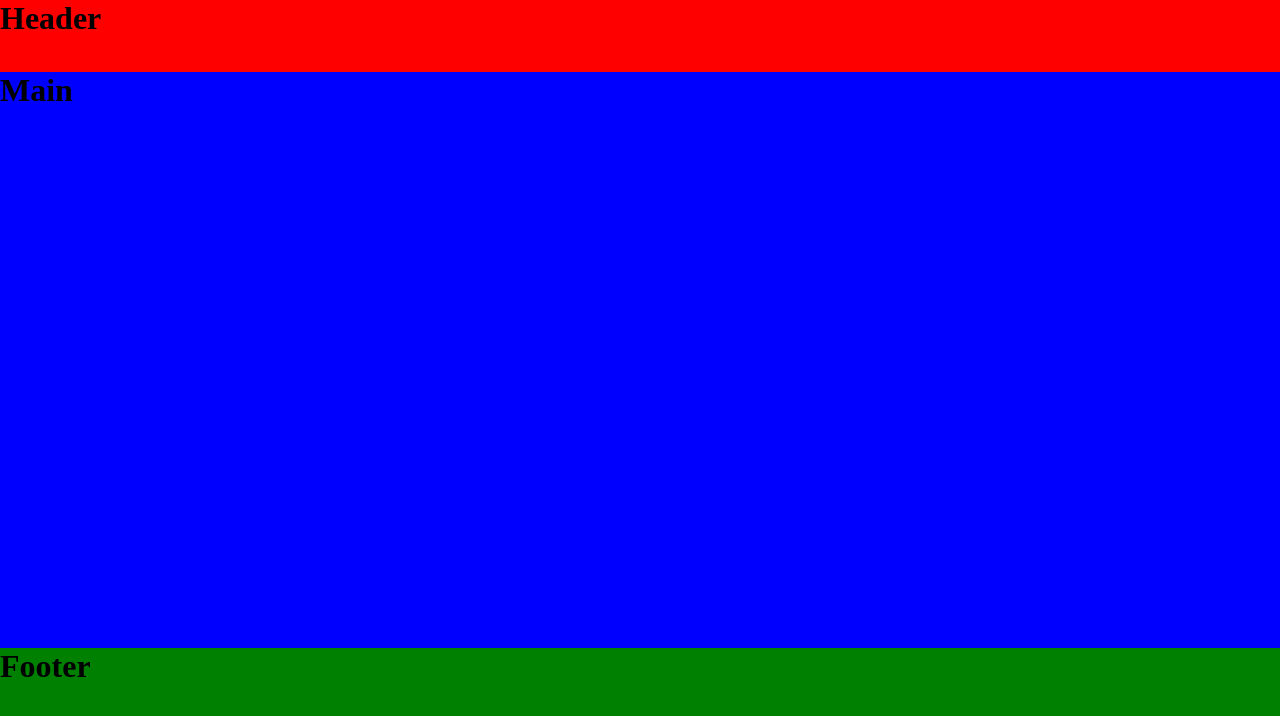
Repository: jameswilky/chess
Page: index.html
These files come from the project's save history. The page is drawn as it stood at one moment and after the next save; the edit follows.
The browser window is 1280 px wide. The pictures show the whole page.

Above is the page before, as saved 2018-11-22 08:36:25.
Console error: TypeError: Cannot read properties of null (reading 'getContext')

After the next save:
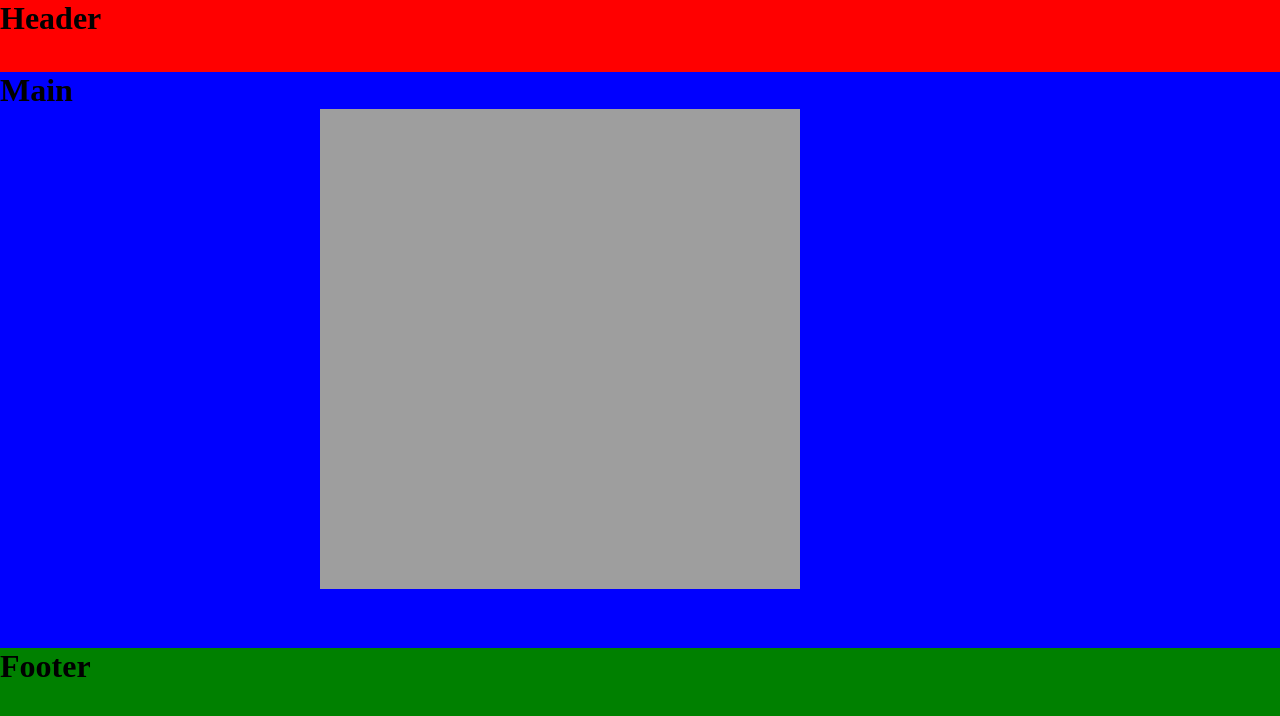
The error is gone.
Saved 7 s later.
--- a/index.html
+++ b/index.html
@@ -17,11 +17,11 @@
     </div>
     <div class="main">
         <h1>Main</h1>
-        <!-- <div class="game">
+        <div class="game">
             <canvas id="board"></canvas>
             <canvas id="markers"></canvas>
             <canvas id="chessmen_layer"></canvas>
-        </div> -->
+        </div>
     </div>
     <footer>
         <h1>Footer</h1>
